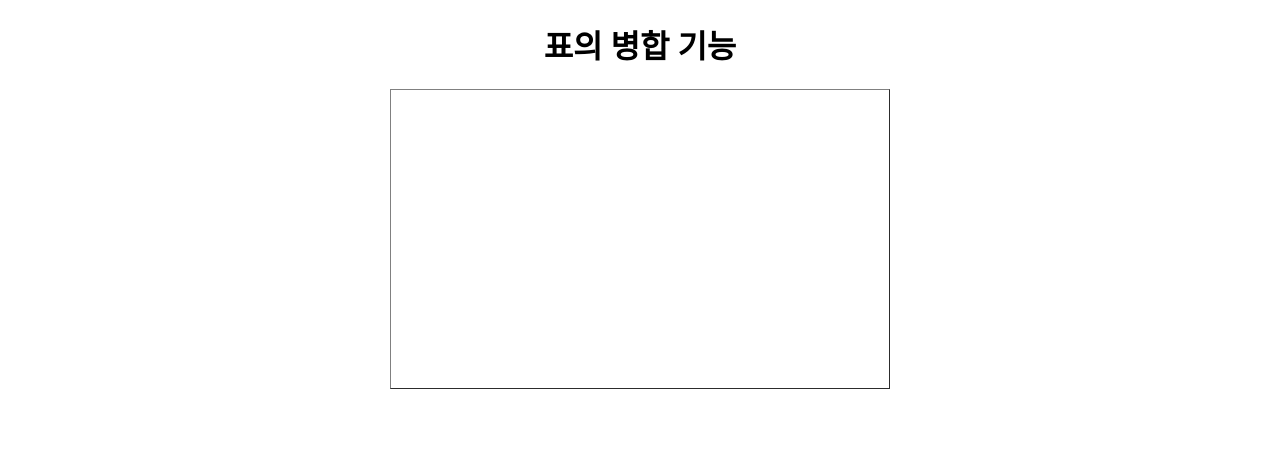
Repository: hui-Joo/html
Page: html/quiz.html
The author's editor kept a copy of each file at every save. The page is drawn from the files as they stood at one save, then again after the next save.
The browser window is 1280 px wide. The pictures show the whole page.

Above is the page before, as saved 2021-10-04 05:52:52.

After the next save:
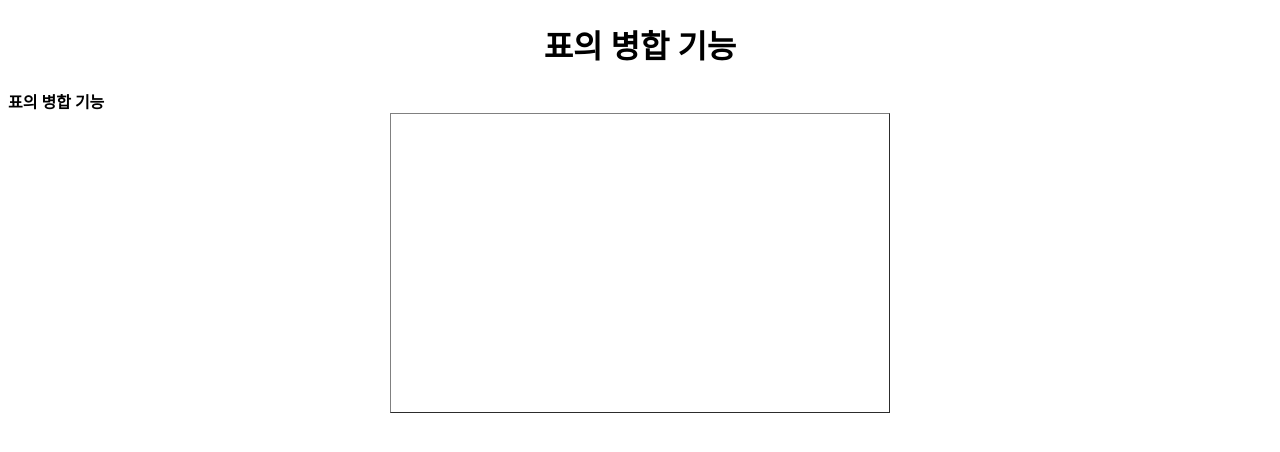
Saved 108 s later.
--- a/html/quiz.html
+++ b/html/quiz.html
@@ -10,7 +10,7 @@
 <h1 align="center">표의 병합 기능</h1>
 
 <table border="1" align="center" height="300" width="500">
-
+	<captoin><b align="center">표의 병합 기능</b>
 </table>
 </body>
 </html>
